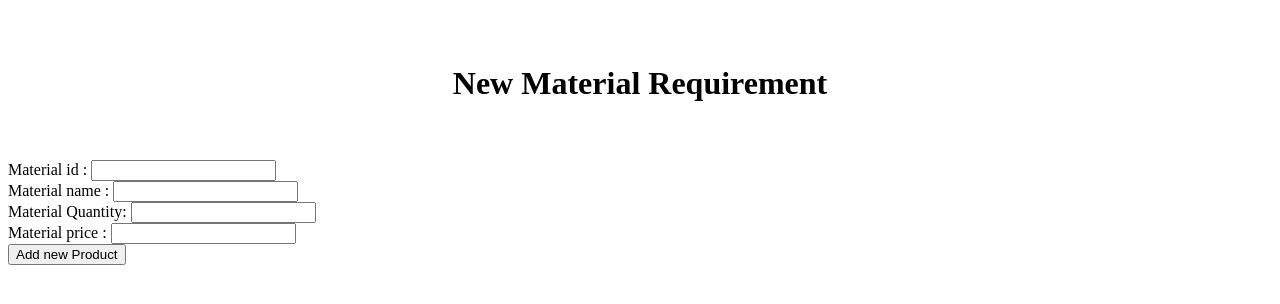
Repository: Nilesh-Parit/J2EE
Page: http://localhost/SpringMvcCrud/WEB-INF/views/addproduct.jsp
The author's editor kept a copy of each file at every save. The page is drawn from the files as they stood at one save, then again after the next save.
The browser window is 1280 px wide. The pictures show the whole page.
The page is served by Tomcat 9. Nobody is signed in. The template is opened directly, without the code that normally fills it, so the values that code supplies are empty.

Above is the page before, as saved 2024-01-12 03:41:07.

After the next save:
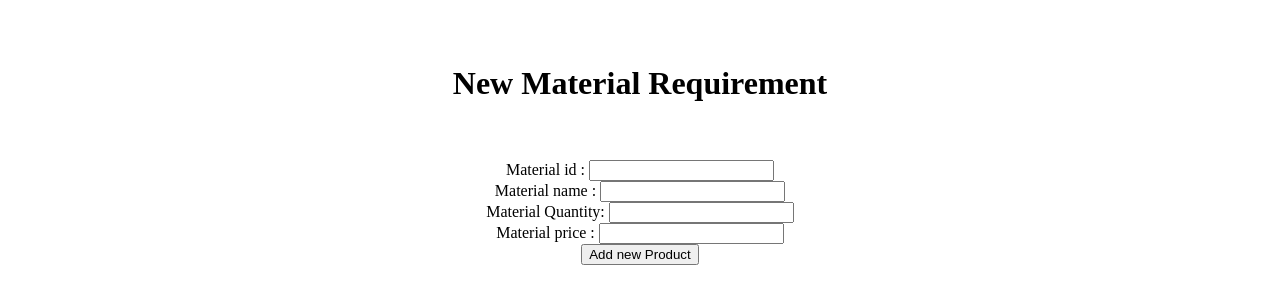
Saved 16 s later.
--- a/Spring/SpringMvcCrud/src/main/webapp/WEB-INF/views/addproduct.jsp
+++ b/Spring/SpringMvcCrud/src/main/webapp/WEB-INF/views/addproduct.jsp
@@ -8,7 +8,7 @@
 </head>
 <body><br><br>
  <h1 align="center">New Material Requirement</h1><br><br>
-   <form action="insertProduct" method="post">
+   <form action="insertProduct" method="post" align="center">
        Material id : <input type="text" name="pid" id="pid"><br>
        Material name : <input type="text" name="pname" id="pname"><br>
        Material Quantity: <input type="text" name="qty" id="qty"><br>

After the save that followed:
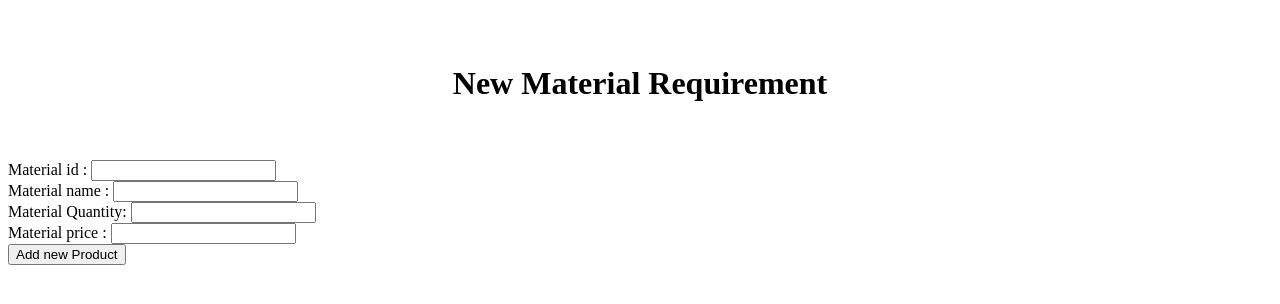
Saved 42 s later.
--- a/Spring/SpringMvcCrud/src/main/webapp/WEB-INF/views/addproduct.jsp
+++ b/Spring/SpringMvcCrud/src/main/webapp/WEB-INF/views/addproduct.jsp
@@ -1,19 +1,27 @@
 <%@ page language="java" contentType="text/html; charset=ISO-8859-1"
-    pageEncoding="ISO-8859-1"%>
+	pageEncoding="ISO-8859-1"%>
 <!DOCTYPE html>
 <html>
 <head>
 <meta charset="ISO-8859-1">
 <title>Insert title here</title>
 </head>
-<body><br><br>
- <h1 align="center">New Material Requirement</h1><br><br>
-   <form action="insertProduct" method="post" align="center">
-       Material id : <input type="text" name="pid" id="pid"><br>
-       Material name : <input type="text" name="pname" id="pname"><br>
-       Material Quantity: <input type="text" name="qty" id="qty"><br>
-       Material price : <input type="text" name="price" id="price"><br>
-       <button type="submit" name="btn" id="btn">Add new Product</button>
-   </form>
+<body>
+	<br>
+	<br>
+	<h1 align="center">New Material Requirement</h1>
+	<br>
+	<br>
+	<div>
+		<form action="insertProduct" method="post">
+			Material id : <input type="text" name="pid" id="pid"><br>
+			Material name : <input type="text" name="pname" id="pname"><br>
+			Material Quantity: <input type="text" name="qty" id="qty"><br>
+			Material price : <input type="text" name="price" id="price"><br>
+
+			<button type="submit" name="btn" id="btn">Add new Product</button>
+		</form>
+	</div>
+
 </body>
 </html>
